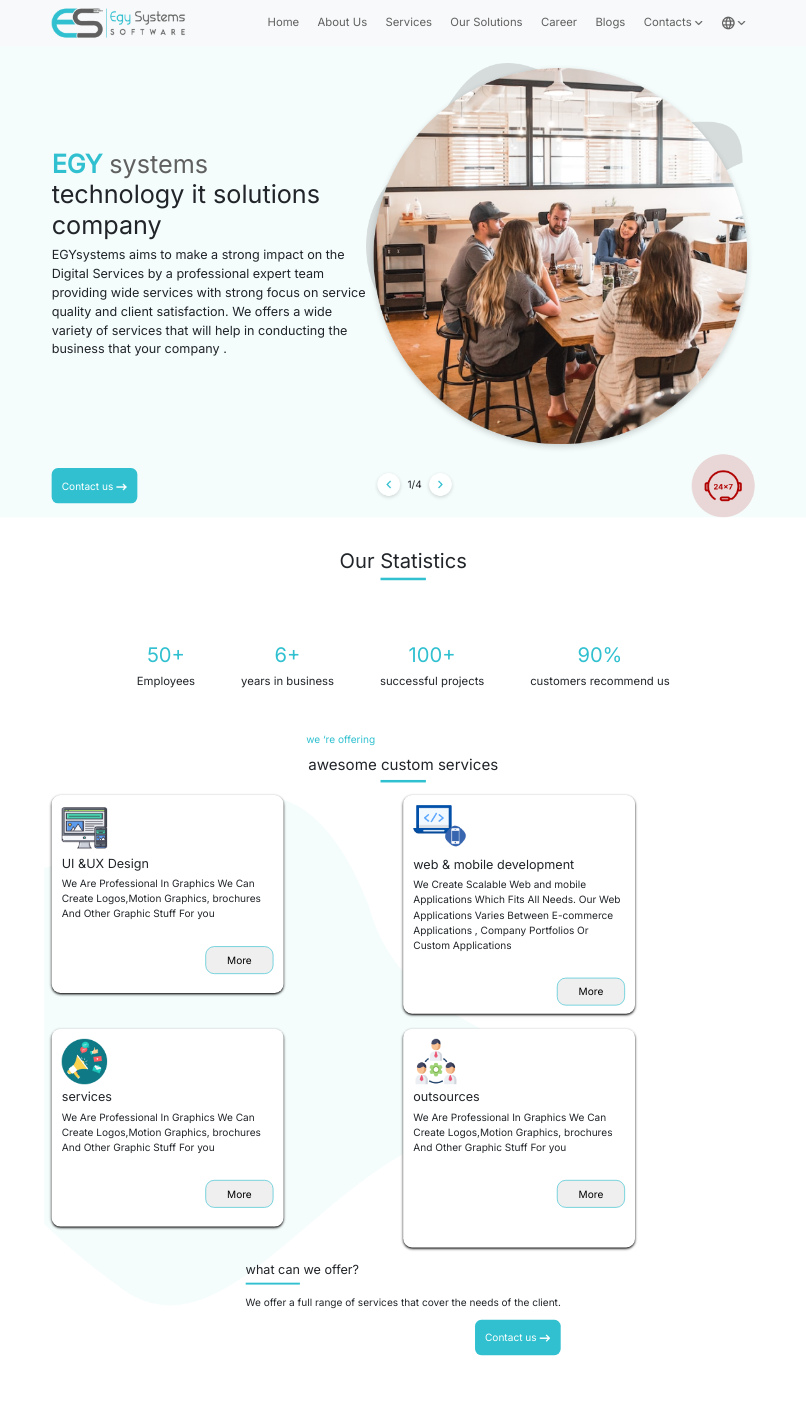
Repository: hamdyAbdelazeim/Egysystem-Home
Page: index.html
The author's editor kept a copy of each file at every save. The page is drawn from the files as they stood at one save, then again after a run of saves.
The browser window is 1280 px wide. The pictures show the whole page, at 63% of full size.

Above is the page before, as saved 2023-07-13 13:41:54.

After the next 2 saves:
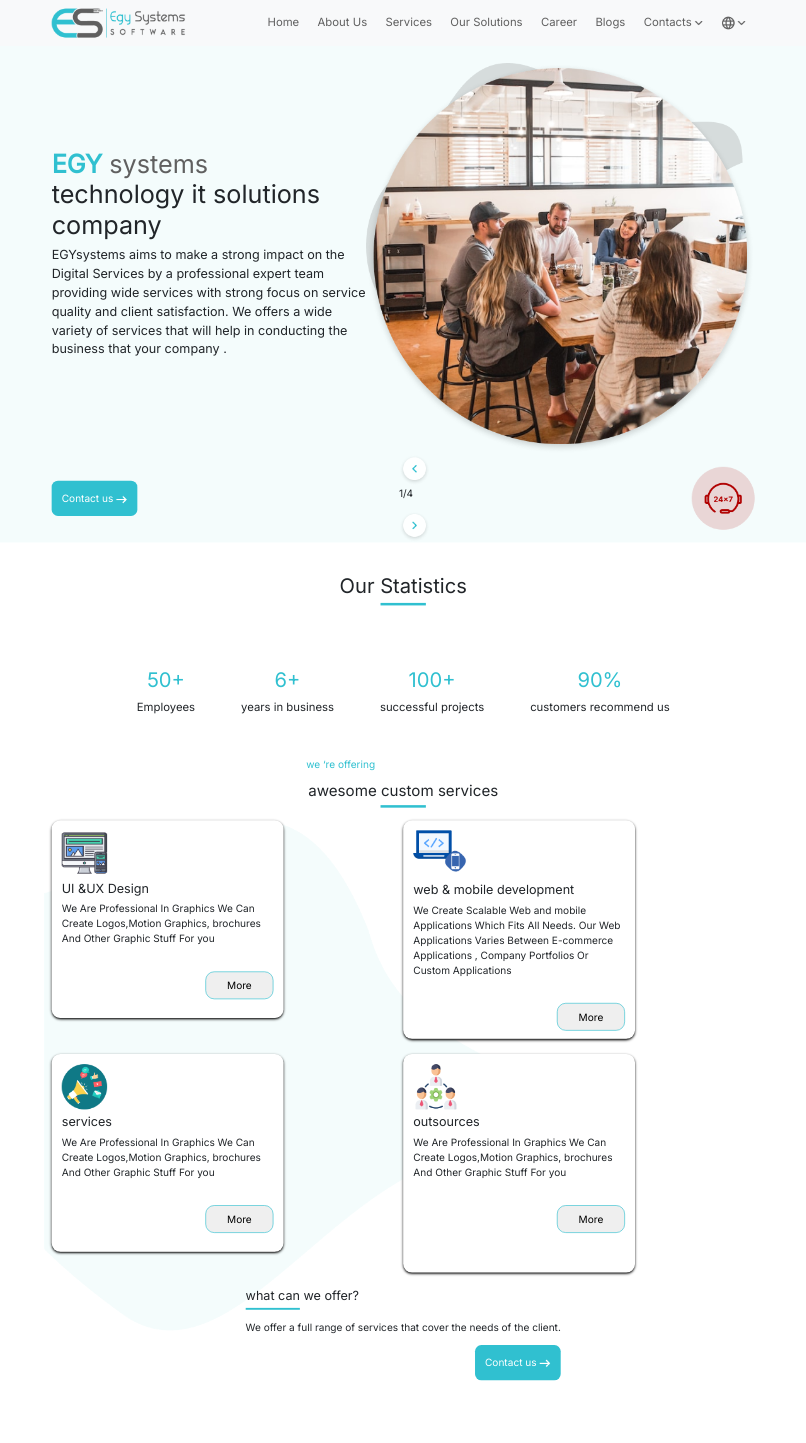
The 2 saves are shown as one change because they came seconds apart.
The last was saved 7 s later.
--- a/index.html
+++ b/index.html
@@ -106,7 +106,8 @@
           Contact us <img src="/assets/Vector (right).png" alt="" />
         </button>
         <div>
-          <img src="/assets/slider-left.png" alt="" /> 1/4
+          <img src="/assets/slider-left.png" alt="" />
+          <p>1/4</p>
           <img src="/assets/slider-right.png" alt="" />
         </div>
         <img src="/assets//chat.png" alt="chat" />
